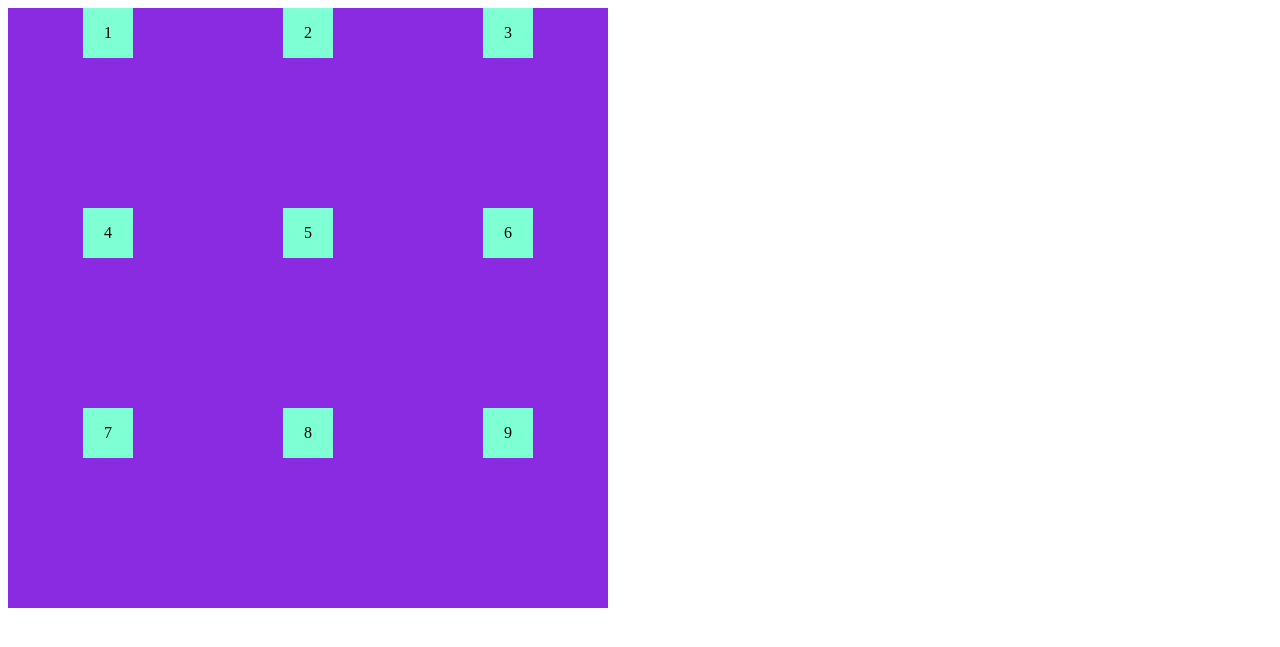
Repository: pwy114pwy/project_01
Page: 03.html
The author's editor kept a copy of each file at every save. The page is drawn from the files as they stood at one save, then again after the next save.
The browser window is 1280 px wide. The pictures show the whole page.

Above is the page before, as saved 2022-12-23 14:09:52.

After the next save:
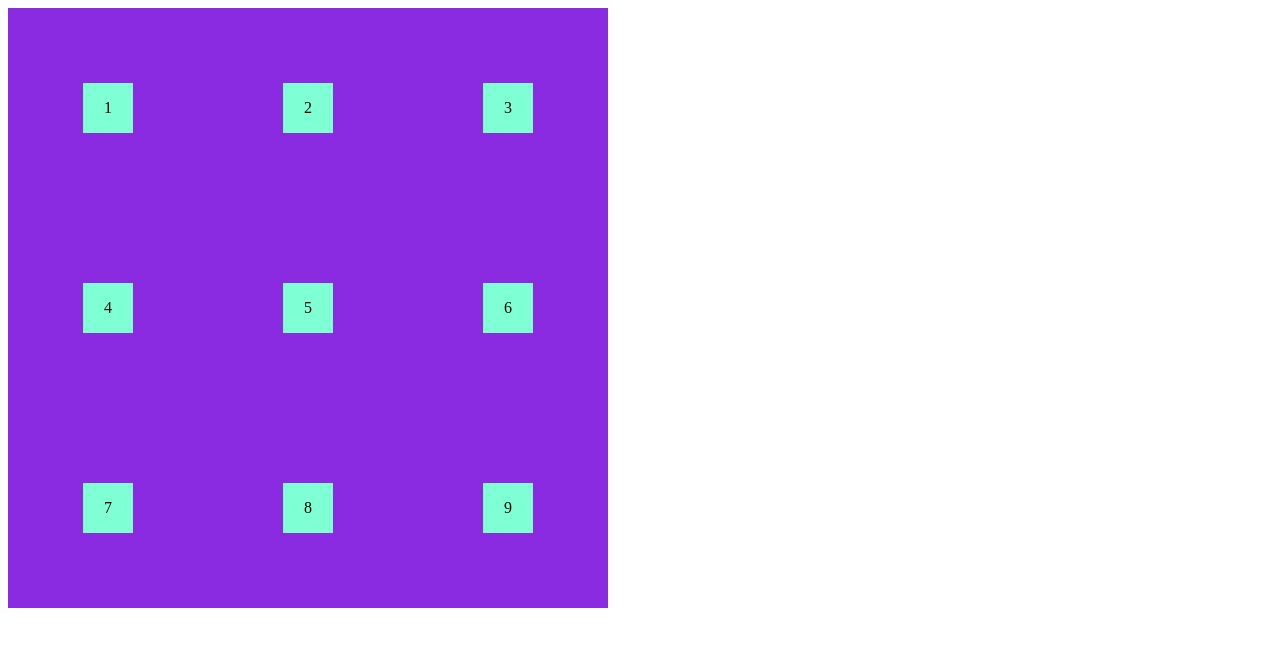
Saved 6 s later.
--- a/03.html
+++ b/03.html
@@ -14,7 +14,7 @@
             grid-template-columns: repeat(3,200px);
             grid-template-rows: repeat(3,200px);
             justify-items:center;
-            align-items: ;
+            align-items: center;
         }
         .main div{
             width: 50px;
